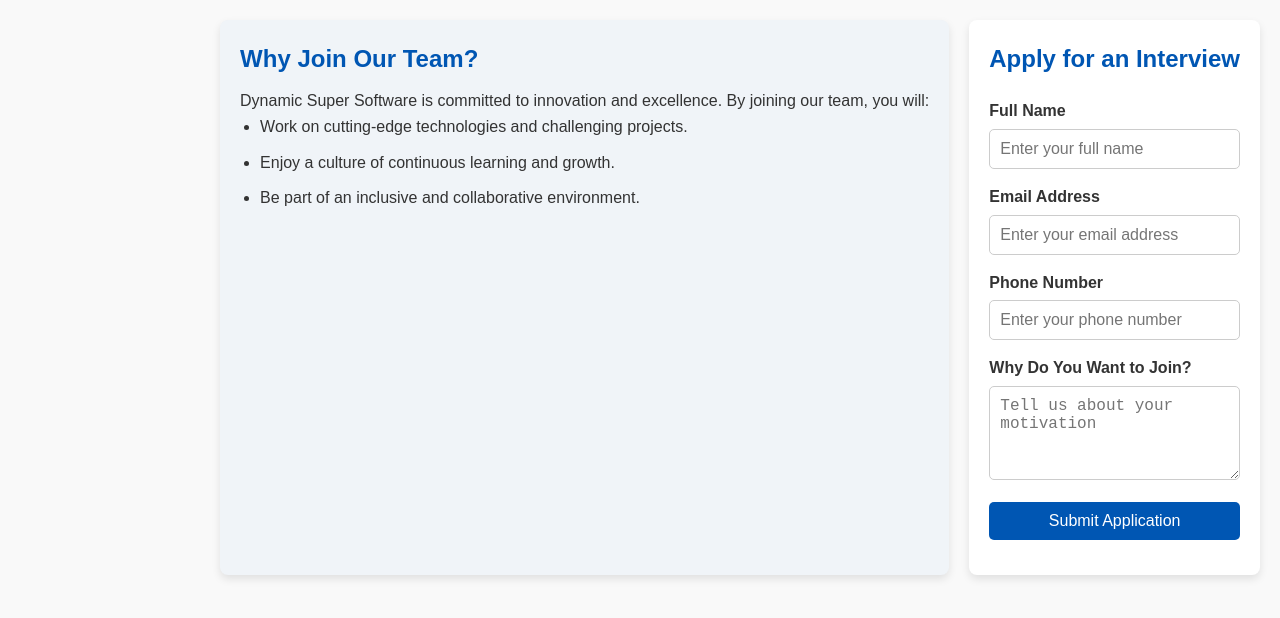
Repository: abhibkop27/CIMDR
Page: src/sample.html
These files come from the project's save history. The page is drawn as it stood at one moment and after the next save; the edit follows.
The browser window is 1280 px wide. The pictures show the whole page.

Above is the page before, as saved 2025-01-20 15:58:22.

After the next save:
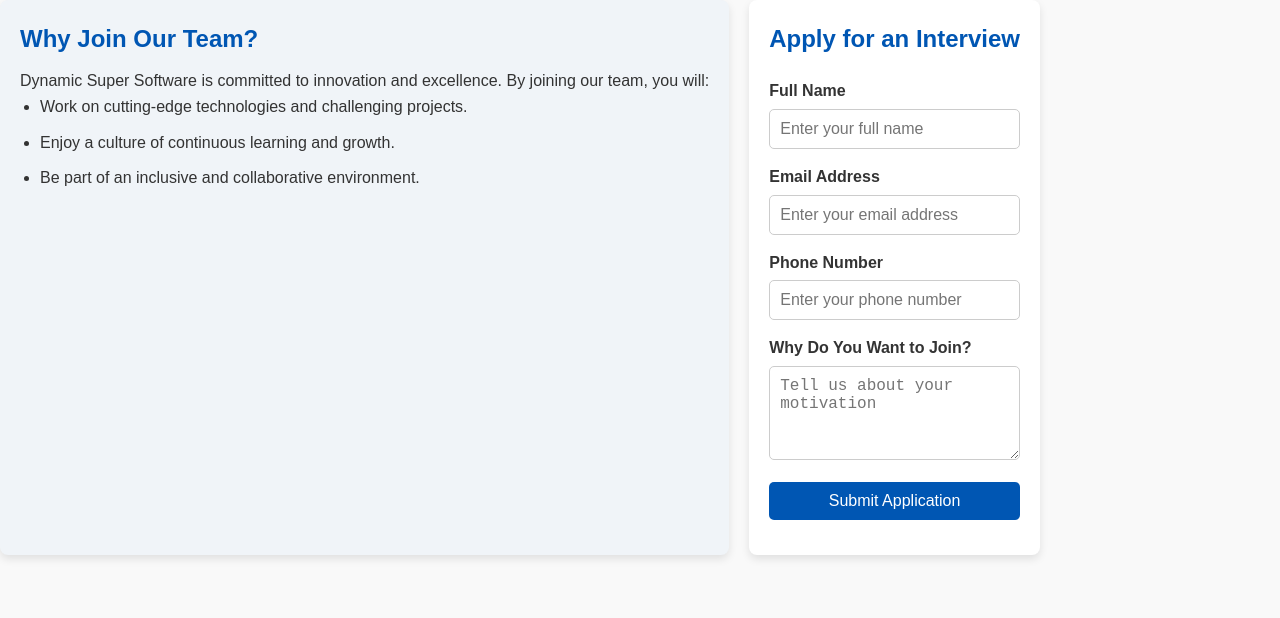
Saved 18 s later.
--- a/src/sample.html
+++ b/src/sample.html
@@ -17,10 +17,8 @@
             background-color: #f9f9f9;
             color: #333;
             display: flex;
-            justify-content: flex-end;
-            align-items: flex-start;
-            min-height: 100vh;
-            padding: 20px;
+
+
         }
         .content {
 
